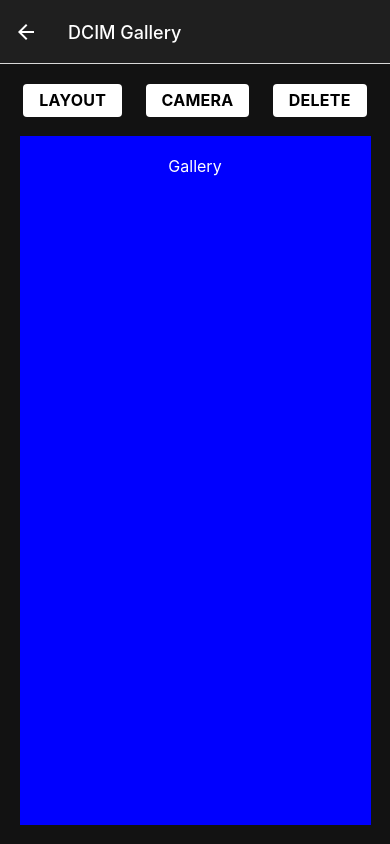
Repository: jzielinski47/react-native-camera-app
Screen: /gallery
The author's editor kept a copy of each file at every save. The screen is drawn from the files as they stood at one save, then again after the next save.
The app was drawn by React Native's web renderer in a window 390 px wide. The project was rebuilt for these pictures with package versions that can differ from the ones it lists, and the page was loaded fresh each time.

Above is the screen before, as saved 2022-12-04 15:14:31.

### App.jsx
import * as React from 'react';
import { NavigationContainer } from '@react-navigation/native';
import { createNativeStackNavigator } from '@react-navigation/native-stack';
import { StyleSheet, Text, View, StatusBar } from 'react-native';

import Main from './screens/Main';
import Gallery from './screens/Gallery';

const Stack = createNativeStackNavigator();

export default function App() {
  return (
    <NavigationContainer >
      <Stack.Navigator initialRouteName="main">
        <Stack.Screen name="main" component={Main} options={{ headerShown: false }} />
        <Stack.Screen name="gallery" component={Gallery} options={{ title: 'DCIM Gallery', headerStyle: { backgroundColor: '#1f1f1f' }, headerTintColor: '#fff', }} />
      </Stack.Navigator>
      <StatusBar style="auto" />
    </NavigationContainer>
  );
}

const styles = StyleSheet.create({
  container: { flex: 1, backgroundColor: '#121212' },
});

### screens/Main.jsx
import { StyleSheet, Text, View, StatusBar, ActivityIndicator, TouchableOpacity, ImageBackground, Image } from 'react-native';
import React from 'react'
import CustomButton from '../components/CustomButton';

const image = { uri: "https://images.pexels.com/photos/821749/pexels-photo-821749.jpeg" };

const Main = ({ navigation }) => {
    return (
        <View style={styles.container}>
            <ImageBackground source={image} style={styles.image} blurRadius={0} imageStyle={styles.cover}>
                <Image style={styles.icon} />
                <Text style={styles.title}>Camera App</Text>
                <Text style={styles.text}>Manage your photo gallery</Text>
                <CustomButton title={'Get started'} onPress={() => navigation.navigate('gallery')} />
            </ImageBackground>
        </View>
    )
}

const styles = StyleSheet.create({
    container: { flex: 1, backgroundColor: '#121212' },
    image: { flex: 1, resizeMode: 'cover', justifyContent: 'center', alignItems: 'center' },
    cover: { opacity: 0.7 },
    icon: { width: 50, height: 50, margin: 10 },
    title: { color: 'white', fontWeight: 'bold', fontSize: 32, marginBottom: 5 },
    text: { color: 'white', fontSize: 16, marginBottom: 30 }
});

export default Main;

### screens/Gallery.jsx
import { StyleSheet, Text, View, StatusBar, ActivityIndicator, TouchableOpacity, ImageBackground, Image } from 'react-native';
import React from 'react'
import CustomButtonEmp from '../components/CustomButtonEmp';

export default function Gallery() {
    return (
        <View style={styles.container}>
            <View style={styles.headlineBtns}>
                <CustomButtonEmp title={'layout'} onPress={() => console.log('layout')} />
                <CustomButtonEmp title={'camera'} onPress={() => console.log('camera')} />
                <CustomButtonEmp title={'delete'} onPress={() => console.log('delete')} />
            </View>
            <View style={styles.gallery}>
                <Text style={styles.text}>Gallery</Text>
            </View>
        </View>
    )
}

const styles = StyleSheet.create({
    container: { flex: 1, backgroundColor: '#121212' },
    headlineBtns: { flexDirection: 'row', justifyContent: 'space-evenly', paddingTop: '5%' },
    gallery: { flex: 1, justifyContent: 'flex-start', alignItems: 'center', backgroundColor: 'blue', margin: '5%', padding: '5%' },
    image: { flex: 1, justifyContent: 'center', alignItems: 'center' },
    icon: { width: 50, height: 50, margin: 10 },
    title: { color: 'white', fontWeight: 'bold', fontSize: 32, marginBottom: 5 },
    text: { color: 'white', fontSize: 16, marginBottom: 30 }
});

### components/CustomButton.jsx
import React from 'react';
import { StyleSheet, Text, View, StatusBar, ActivityIndicator, TouchableOpacity } from 'react-native';

const CustomButton = ({ title, onPress }) => {
    return (
        <TouchableOpacity onPress={onPress} style={styles.button}>
            <Text style={styles.text}>{title}</Text>
        </TouchableOpacity>
    );
};

const styles = StyleSheet.create({
    button: {
        alignItems: 'center',
        justifyContent: 'center',
        paddingVertical: 12,
        paddingHorizontal: 32,
        borderRadius: 4,
        // borderRadius: 30,
        elevation: 3,
        backgroundColor: 'black',
    },
    text: {
        fontSize: 16,
        lineHeight: 21,
        fontWeight: 'bold',
        letterSpacing: 0.25,
        color: 'white',
    }
});


export default CustomButton;

### components/CustomButtonEmp.jsx
import React from 'react';
import { StyleSheet, Text, View, StatusBar, ActivityIndicator, TouchableOpacity } from 'react-native';

const CustomButtonEmp = ({ title, onPress }) => {

    const upper = (str) => str.toUpperCase();

    return (
        <TouchableOpacity onPress={onPress} style={styles.button}>
            <Text style={styles.text}>{upper(title)}</Text>
        </TouchableOpacity>
    );
};

const styles = StyleSheet.create({
    button: {
        alignItems: 'center',
        justifyContent: 'center',
        paddingVertical: 6,
        paddingHorizontal: 16,
        borderRadius: 4,
        // borderRadius: 30,
        elevation: 3,
        backgroundColor: 'white',
    },
    text: {
        fontSize: 16,
        lineHeight: 21,
        fontWeight: 'bold',
        letterSpacing: 0.25,
        color: 'black',
    }
});


export default CustomButtonEmp;

After the next save:
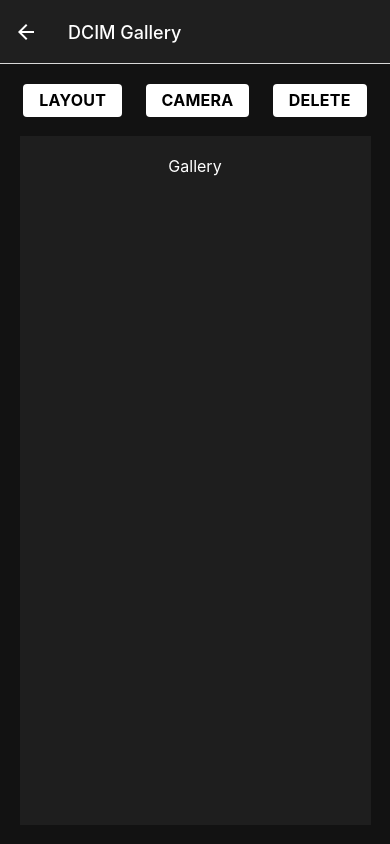
Saved 19 s later.
--- a/screens/Gallery.jsx
+++ b/screens/Gallery.jsx
@@ -20,7 +20,7 @@ export default function Gallery() {
 const styles = StyleSheet.create({
     container: { flex: 1, backgroundColor: '#121212' },
     headlineBtns: { flexDirection: 'row', justifyContent: 'space-evenly', paddingTop: '5%' },
-    gallery: { flex: 1, justifyContent: 'flex-start', alignItems: 'center', backgroundColor: 'blue', margin: '5%', padding: '5%' },
+    gallery: { flex: 1, justifyContent: 'flex-start', alignItems: 'center', backgroundColor: '#1E1E1E', margin: '5%', padding: '5%' },
     image: { flex: 1, justifyContent: 'center', alignItems: 'center' },
     icon: { width: 50, height: 50, margin: 10 },
     title: { color: 'white', fontWeight: 'bold', fontSize: 32, marginBottom: 5 },
